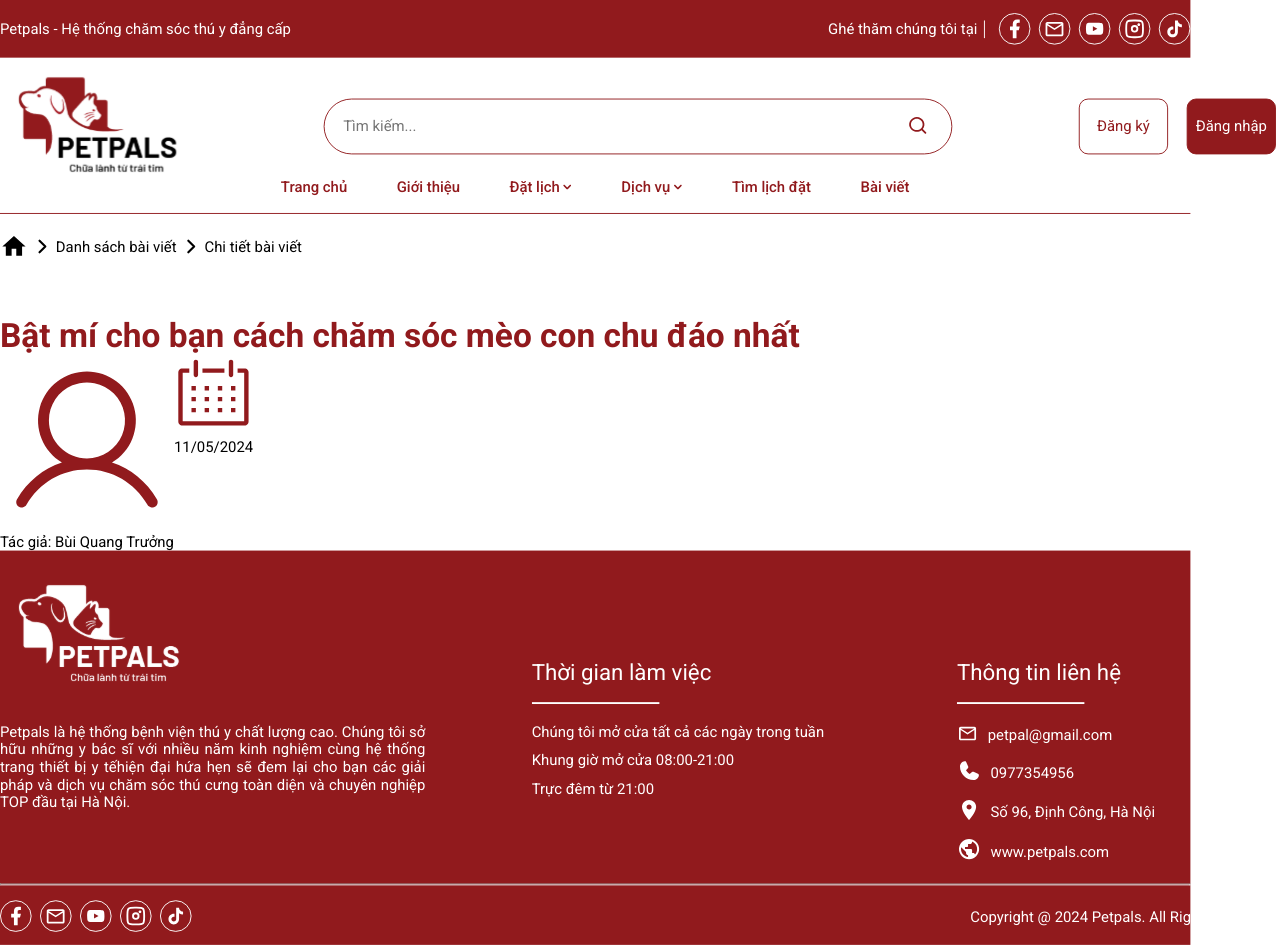
Repository: ahntrung1909/Petpals
Page: /danh-sach-bai-viet/chi-tiet-bai-viet (app in petpals-user-main/)
An editor plug-in stored every save of this project. The page is shown before and after the next save, followed by the edit.
The browser window is 1280 px wide. The page is 1372 px wide, so the pictures cover 1372 px, including what lies to the right of the window. The pictures show the whole page, at 93% of full size.
The project was rebuilt for these pictures with package versions that can differ from the ones it lists, and the page was loaded fresh each time. The framework's server and built-in components were replaced by stand-ins that run in the browser. Also part of the build but not shown: petpals-user-main/next.config.js, petpals-user-main/next.config.mjs.

Above is the page before, as saved 2024-04-14 17:29:59.

After the next save:
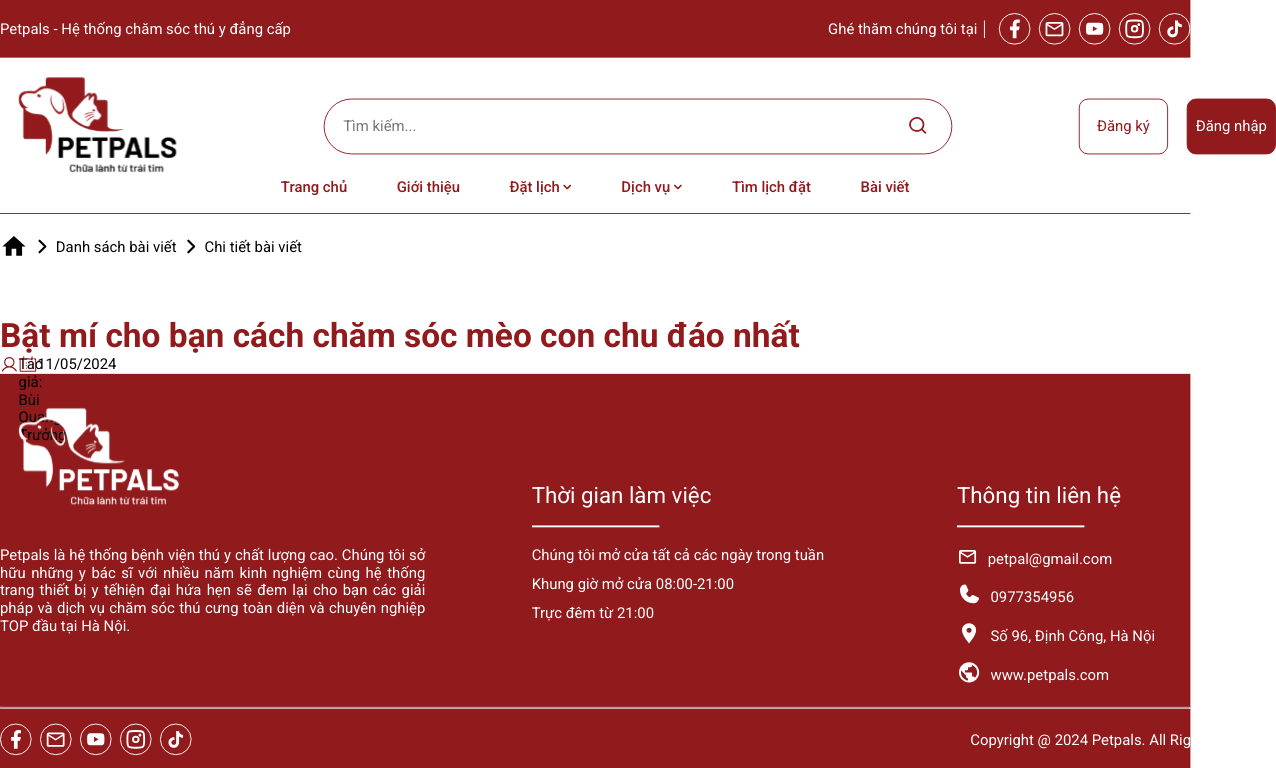
Saved 7 s later.
--- a/petpals-user-main/src/app/danh-sach-bai-viet/chi-tiet-bai-viet/style.scss
+++ b/petpals-user-main/src/app/danh-sach-bai-viet/chi-tiet-bai-viet/style.scss
@@ -16,7 +16,7 @@
   }
   .article-author-time {
     display: flex;
-    .article-time {
+    .article-item {
       display: flex;
       width: 20px;
       height: 20px;
